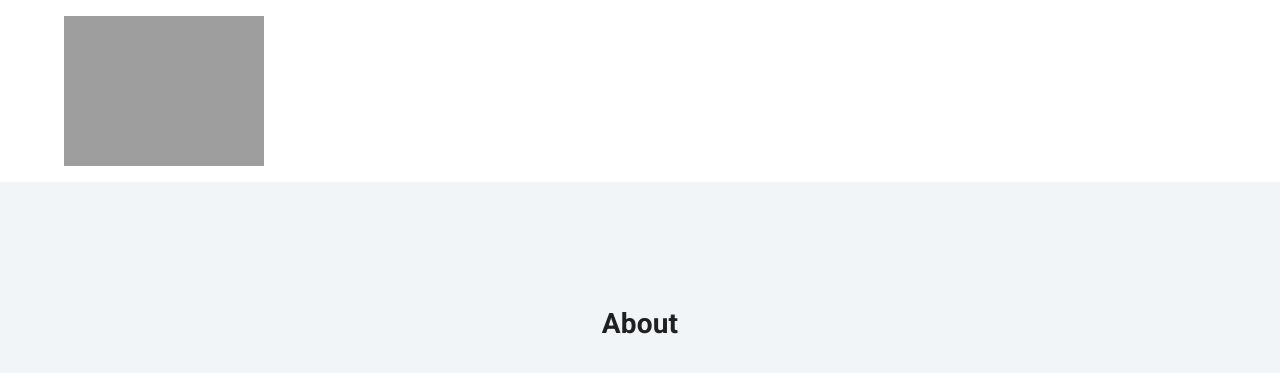
Repository: vinuvish/groundstandards_react
Page: /
The author's editor kept a copy of each file at every save. The page is drawn from the files as they stood at one save, then again after the next save.
The browser window is 1280 px wide. The pictures show the whole page.
Pictures or frames that could not be fetched are drawn as grey boxes. The page's requests for data from a server got no answer. The project was rebuilt for these pictures with package versions that can differ from the ones it lists, and the page was loaded fresh each time. No one was signed in, and anything a server would have sent is missing. Also part of the build but not shown: src/pages/app/NotFoundPage.tsx, src/pages/app/SignUpPage.tsx, src/pages/app/AboutPage.tsx, src/pages/app/OurSolutionPage.tsx, src/pages/app/OurPartnerPage.tsx, src/pages/app/ResourcePage.tsx, src/pages/app/PressPage.tsx, src/pages/app/BlockPage.tsx and 1 more.

Above is the page before, as saved 2020-11-25 22:51:42.

### public/index.html
<!DOCTYPE html>
<html lang="en">
  <head>
    <meta charset="utf-8" />
    <link rel="icon" href="%PUBLIC_URL%/favicon.png" />
    <meta name="viewport" content="width=device-width, initial-scale=1" />
    <meta name="theme-color" content="#000000" />
    <meta name="description" content="Web site created using create-react-app" />
    <link rel="apple-touch-icon" href="%PUBLIC_URL%/logo192.png" />
    <link rel="stylesheet" href="https://fonts.googleapis.com/css?family=Roboto:300,400,500,700&display=swap" />
    <link rel="stylesheet" href="https://fonts.googleapis.com/icon?family=Material+Icons" />
    <!--
      manifest.json provides metadata used when your web app is installed on a
      user's mobile device or desktop. See https://developers.google.com/web/fundamentals/web-app-manifest/
    -->
    <link rel="manifest" href="%PUBLIC_URL%/manifest.json" />
    <!--
      Notice the use of %PUBLIC_URL% in the tags above.
      It will be replaced with the URL of the `public` folder during the build.
      Only files inside the `public` folder can be referenced from the HTML.

      Unlike "/favicon.ico" or "favicon.ico", "%PUBLIC_URL%/favicon.ico" will
      work correctly both with client-side routing and a non-root public URL.
      Learn how to configure a non-root public URL by running `npm run build`.
    -->
    <title>Ground Standard</title>
  </head>
  <body>
    <noscript>You need to enable JavaScript to run this app.</noscript>
    <div id="root"></div>
    <!--
      This HTML file is a template.
      If you open it directly in the browser, you will see an empty page.

      You can add webfonts, meta tags, or analytics to this file.
      The build step will place the bundled scripts into the <body> tag.

      To begin the development, run `npm start` or `yarn start`.
      To create a production bundle, use `npm run build` or `yarn build`.
    -->
  </body>
</html>

### src/App.tsx
import { CssBaseline, MuiThemeProvider, StylesProvider } from '@material-ui/core';
import { SnackbarProvider } from 'notistack';
import React from 'react';
import { theme } from './app_utils/MuiTheme';
import AppRouterRoutes from './AppRoutes';
import { useAppStore } from './models_stores/appStore';

function App() {
  const streamAuthUser = useAppStore((state) => state.streamAuthUser);
  const streamProducts = useAppStore((state) => state.streamDocuments);
  const streamCategories = useAppStore((state) => state.streamNotifications);
  const streamUsers = useAppStore((state) => state.streamUsers);

  React.useEffect(() => {
    streamAuthUser();
    streamCategories();
    streamUsers();
    streamProducts();
  }, []); // eslint-disable-line

  return (
    <SnackbarProvider maxSnack={3} anchorOrigin={{ vertical: 'bottom', horizontal: 'right' }}>
      <MuiThemeProvider theme={theme}>
        <CssBaseline />
        <StylesProvider injectFirst>
          <AppRouterRoutes></AppRouterRoutes>
        </StylesProvider>
      </MuiThemeProvider>
    </SnackbarProvider>
  );
}

export default App;

### src/app_utils/MuiTheme.tsx
import { createMuiTheme } from '@material-ui/core/styles';
import { BreakpointOverrides } from '@material-ui/core/styles/createBreakpoints';
import { Shadows } from '@material-ui/core/styles/shadows';

declare module '@material-ui/core/styles/createBreakpoints' {
  interface BreakpointOverrides {
    xs: true;
    sm: true;
    md: true;
    lg: true;
    xl: true;
    tablet: true;
    laptop: true;
    desktop: true;
  }
}

export const theme = createMuiTheme({
  breakpoints: {
    values: { xs: 0, sm: 600, md: 960, lg: 1280, xl: 1920, tablet: 400, laptop: 900, desktop: 1200 }
  },

  shadows: Array(25).fill('none') as Shadows,

  props: {
    MuiInput: { disableUnderline: true },
    MuiButton: { disableElevation: true },
    MuiButtonBase: { disableRipple: true },
    MuiPaper: { elevation: 0 },
    MuiCard: { elevation: 0 },
    MuiDivider: { color: 'white' },
    MuiOutlinedInput: {}
  },
  overrides: {
    MuiPaper: {
      root: {
        elevation: 0
      }
    },
    MuiCard: {
      root: {
        elevation: 0
      }
    },
    MuiButton: {
      root: {
        textTransform: 'capitalize'
      }
    }
  },
  palette: {
    background: {
      default: '#F2F5F7'
    }
  }
});

export const breakpoint = {
  xs: `(min-width: 0px)`,
  sm: `(min-width: 576px)`,
  md: `(min-width: 768px)`,
  lg: `(min-width: 992px)`,
  xl: `(min-width: 1200px)`
};

### src/AppRoutes.tsx
import { Container, createStyles, Grid, makeStyles, Theme } from '@material-ui/core';
import React from 'react';
import { Route, Router, Switch } from 'react-router-dom';
import ZAppBar from './components/ZAppBar';
import ZAppBarDrawer from './components/ZAppBarDrawer';
import NotFoundPage from './pages/app/NotFoundPage';
import SignUpPage from './pages/app/SignUpPage';
import history from './app_utils/History';
import AboutPage from './pages/app/AboutPage';
import OurSolutionPage from './pages/app/OurSolutionPage';
import OurPartnerPage from './pages/app/OurPartnerPage';
import ResourcePage from './pages/app/ResourcePage';
import PressPage from './pages/app/PressPage';
import BlockPage from './pages/app/BlockPage';
import ContactPage from './pages/app/ContactPage';
import AppHomePage from './pages/app/AppHomePage';

const AppRouterRoutes = () => {
  const classes = useStyles();

  return (
    <Router history={history}>

      <ZAppBar />
      <Switch>{[AppRoutes]}</Switch>
    </Router>


  );
};


const AppRoutes = [
  <Route exact path='/' component={AppHomePage} />,
  <Route exact path='/aboutUs' component={AboutPage} />,
  <Route exact path='/signUp' component={SignUpPage} />,
  <Route exact path='/ourSolution' component={OurSolutionPage} />,
  <Route exact path='/ourPartner' component={OurPartnerPage} />,
  <Route exact path='/resource' component={ResourcePage} />,
  <Route exact path='/press' component={PressPage} />,
  <Route exact path='/blog' component={BlockPage} />,
  <Route exact path='/contact' component={ContactPage} />,
  <Route component={NotFoundPage} />
];

const useStyles = makeStyles((theme: Theme) =>
  createStyles({
    grid: {
      display: 'flex'
    },
    containerAuthenticated: {
      margin: 'auto',
      marginTop: 68,
      padding: 20,
      width: `calc(100% - 240px)`,
      [theme.breakpoints.down('md')]: {
        width: '100%'
      }
    },
    containerUnauthenticated: {}
  })
);

export default AppRouterRoutes;

### src/models_stores/appStore.ts
import { mountStoreDevtool } from 'simple-zustand-devtools';
import create from 'zustand';
import { fireAuth, fireFirestore } from '../firebase/firebase';
import { AuthUser } from '../models/AuthUserModel';
import { DocumentModel } from '../models/DocumentModel';
import { NotificationModel } from '../models/NotificationModel';

type State = {
  documents: DocumentModel[];
  streamDocuments: () => void;

  notifications: NotificationModel[];
  streamNotifications: () => void;

  users: AuthUser[];
  streamUsers: () => void;

  isInitializing?: boolean;
  authUser: AuthUser | null;
  streamAuthUser: () => void;
};

export const useAppStore = create<State>((set, get) => ({
  /* ------------------------------ NOTE AUTHUSER ----------------------------- */
  isInitializing: true,
  authUser: null,

  streamAuthUser: () => {
    fireAuth.onAuthStateChanged(async (user) => {
      if (user) {
        const query = await fireFirestore.collection('users').doc(user.uid).get();

        const authUser = AuthUser.fromFirestore(query);

        set((state) => {
          return { ...state, authUser: authUser, isInitializing: false };
        });
      } else {
        set((state) => {
          return { ...state, authUser: null, isInitializing: false };
        });
      }
    });
  },

  /* ------------------------------ NOTE Users ----------------------------- */
  users: [],

  streamUsers: () => {
    if (get().users.length === 0)
      fireFirestore.collection('users').onSnapshot((querySnapshot: firebase.firestore.QuerySnapshot<firebase.firestore.DocumentData>) => {
        let users: AuthUser[] = [];
        querySnapshot.docs.forEach((docSnapshot) => {
          const res = AuthUser.fromFirestore(docSnapshot);
          if (res) users.push(res);
        });

        set((state) => {
          return { ...state, users: users };
        });
      });
  },
  /* ------------------------------ NOTE PRODUCTS ----------------------------- */
  documents: [],

  streamDocuments: () => {
    if (get().documents.length === 0)
      fireFirestore
        .collection('documents')
        .limit(200)
        .onSnapshot((querySnapshot: firebase.firestore.QuerySnapshot<firebase.firestore.DocumentData>) => {
          let documents: DocumentModel[] = [];

          querySnapshot.docs.forEach((docSnapshot) => {
            const res = DocumentModel.fromFirestore(docSnapshot);
            if (res) documents.push(res);
          });

          set((state) => {
            return { ...state, documents: documents };
          });
        });
  },

  notifications: [],
  streamNotifications: () => {
    if (get().notifications.length === 0)
      fireFirestore.collection('notifications').onSnapshot((querySnapshot: firebase.firestore.QuerySnapshot<firebase.firestore.DocumentData>) => {
        let notifications: NotificationModel[] = [];

        querySnapshot.docs.forEach((docSnapshot) => {
          const res = NotificationModel.fromFirestore(docSnapshot);
          if (res) notifications.push(res);
        });

        set((state) => {
          return { ...state, notifications: notifications };
        });
      });
  }
}));

if (process.env.NODE_ENV === 'development') {
  mountStoreDevtool('Store', useAppStore);
}

### src/components/ZAppBar.tsx
import AppBar from '@material-ui/core/AppBar';
import Badge from '@material-ui/core/Badge';
import IconButton from '@material-ui/core/IconButton';
import Menu from '@material-ui/core/Menu';
import MenuItem from '@material-ui/core/MenuItem';
import { createStyles, makeStyles, Theme } from '@material-ui/core/styles';
import Toolbar from '@material-ui/core/Toolbar';
import Typography from '@material-ui/core/Typography';
import AccountCircle from '@material-ui/icons/AccountCircle';
import MailIcon from '@material-ui/icons/Mail';
import MenuIcon from '@material-ui/icons/Menu';
import MoreIcon from '@material-ui/icons/MoreVert';
import NotificationsIcon from '@material-ui/icons/Notifications';
import React from 'react';
import { fireFirebase } from '../firebase/firebase';
import ZAppBarDrawerTemp from './ZAppBarDrawerTemp';
import history from '../app_utils/History';

export default function ZAppBar() {
  const classes = useStyles();
  const [drawerTemporary, setDrawerTemporary] = React.useState(false);
  const [anchorEl, setAnchorEl] = React.useState<null | HTMLElement>(null);
  const [mobileMoreAnchorEl, setMobileMoreAnchorEl] = React.useState<null | HTMLElement>(null);

  const isMenuOpen = Boolean(anchorEl);
  const isMobileMenuOpen = Boolean(mobileMoreAnchorEl);

  const handleTemporaryDrawer = () => {
    setDrawerTemporary((prev) => !prev);
  };

  const handleProfileMenuOpen = (event: React.MouseEvent<HTMLElement>) => {
    setAnchorEl(event.currentTarget);
  };

  const handleMobileMenuClose = () => {
    setMobileMoreAnchorEl(null);
  };

  const handleMenuClose = () => {
    setAnchorEl(null);
    handleMobileMenuClose();
  };

  const handleMobileMenuOpen = (event: React.MouseEvent<HTMLElement>) => {
    setMobileMoreAnchorEl(event.currentTarget);
  };

  const signOut = async () => {
    await fireFirebase.auth().signOut();
    history.push('/signIn');
  };

  const menuId = 'primary-search-account-menu';
  const renderMenu = (
    <Menu
      anchorEl={anchorEl}
      anchorOrigin={{ vertical: 'top', horizontal: 'right' }}
      id={menuId}
      keepMounted
      transformOrigin={{ vertical: 'top', horizontal: 'right' }}
      open={isMenuOpen}
      onClose={handleMenuClose}
    >
      <MenuItem
        onClick={() => {
          handleMenuClose();
          signOut();
        }}
      >
        Sign Out
      </MenuItem>
    </Menu>
  );

  const mobileMenuId = 'primary-search-account-menu-mobile';
  const renderMobileMenu = (
    <Menu
      anchorEl={mobileMoreAnchorEl}
      anchorOrigin={{ vertical: 'top', horizontal: 'right' }}
      id={mobileMenuId}
      keepMounted
      transformOrigin={{ vertical: 'top', horizontal: 'right' }}
      open={isMobileMenuOpen}
      onClose={handleMobileMenuClose}
    >
      <MenuItem>
        <IconButton aria-label='show 4 new mails' color='inherit'>
          <Badge badgeContent={4} color='secondary'>
            <MailIcon />
          </Badge>
        </IconButton>
        <p>Messages</p>
      </MenuItem>
      <MenuItem>
        <IconButton aria-label='show 11 new notifications' color='inherit'>
          <Badge badgeContent={11} color='secondary'>
            <NotificationsIcon />
          </Badge>
        </IconButton>
        <p>Notifications</p>
      </MenuItem>
      <MenuItem onClick={handleProfileMenuOpen}>
        <IconButton aria-label='account of current user' aria-controls='primary-search-account-menu' aria-haspopup='true' color='inherit'>
          <AccountCircle />
        </IconButton>
        <p>Profile</p>
      </MenuItem>
    </Menu>
  );

  return (
    <div className={classes.grow}>
      <AppBar className={classes.appBar} position='fixed' elevation={2} color="inherit">
        <Toolbar className={classes.toolBar} >
          <img src="http://groundstandards.com/wp-content/uploads/GS-logo-300.png" alt="logo" className={classes.logo} />


        </Toolbar>


      </AppBar>

    </div>
  );
}

const useStyles = makeStyles((theme: Theme) =>
  createStyles({
    appBar: {
      zIndex: theme.zIndex.drawer + 1
    },
    grow: {
      flexGrow: 1
    },
    menuButton: {
      display: 'none',
      marginRight: theme.spacing(2),
      [theme.breakpoints.down('md')]: {
        display: 'flex'
      }
    },
    title: {
      display: 'block'
    },

    content: {
      flexGrow: 1,
      padding: theme.spacing(3)
    },
    sectionDesktop: {
      display: 'flex',
      [theme.breakpoints.down('md')]: {
        display: 'none'
      }
    },
    sectionMobile: {
      display: 'none',
      [theme.breakpoints.down('md')]: {
        display: 'flex'
      }
    },
    logo: {
      maxWidth: 200,
    },
    toolBar: {
      minHeight: 100,
      alignItems: 'flex',
      paddingTop: theme.spacing(2),
      paddingBottom: theme.spacing(2),
      marginLeft: theme.spacing(5),
    }
  })
);

### src/app_utils/History.tsx
import { createBrowserHistory } from 'history';
export default createBrowserHistory({});

### src/pages/app/AppHomePage.tsx

import * as React from 'react';
import { makeStyles, Theme } from '@material-ui/core/styles';

interface Props { }

const AppHomePage: React.FC<Props> = () => {
    const classes = useStyles();
    return <div
        style={{
            display: 'flex',
            justifyContent: 'center',
            alignItems: 'center',
            height: '90vh'
        }}
    >
        <h1>About</h1>
    </div>
};

const useStyles = makeStyles((theme: Theme) => ({
    root: {}
}));

AppHomePage.defaultProps = {};

export default AppHomePage;

### src/firebase/firebase.tsx
import firebase from 'firebase/app';
import 'firebase/firestore';
import 'firebase/auth';
import 'firebase/storage';

const firebaseConfig = {
  apiKey: 'AIzaSyBWf1JYtcld5rEhou2YyANxAtl20AylP80',
  authDomain: 'groundstandards-8a1dd.firebaseapp.com',
  databaseURL: 'https://groundstandards-8a1dd.firebaseio.com',
  projectId: 'groundstandards-8a1dd',
  storageBucket: 'groundstandards-8a1dd.appspot.com',
  messagingSenderId: '137110708999',
  appId: '1:137110708999:web:ab0b42be7878425a805ba2',
  measurementId: 'G-V8H0LZB9DH'
};

if (!firebase.apps.length) firebase.initializeApp(firebaseConfig);

const firestore = firebase.firestore();
const auth = firebase.auth();

export { firebase as fireFirebase, firestore as fireFirestore, auth as fireAuth };

### src/models/AuthUserModel.ts
export class AuthUser implements IAuthUser {
  email: string;
  firstName: string;
  id: string;
  lastName: string;
  isActive: boolean;
  isAdmin: boolean;
  timestampAdded: Date;
  timestampLastLogin: Date;

  constructor(x: IAuthUser) {
    this.email = x.email;
    this.firstName = x.firstName;
    this.id = x.id;
    this.lastName = x.lastName;
    this.isActive = x.isActive;
    this.isAdmin = x.isAdmin;
    this.timestampAdded = x.timestampAdded;
    this.timestampLastLogin = x.timestampLastLogin;
  }

  static fromFirestore(doc: firebase.firestore.DocumentSnapshot<firebase.firestore.DocumentData>): AuthUser | null {
    const data = doc.data();
    if (!data) return null;

    return new AuthUser({
      email: data['email'] ?? '',
      firstName: data['firstName'] ?? '',
      id: doc.id,
      lastName: data['lastName'] ?? '',
      isActive: data['isActive'] ?? true,
      isAdmin: data['isAdmin'] ?? false,
      timestampAdded: data['timestampAdded']?.toDate() ?? new Date(),
      timestampLastLogin: data['timestampLastLogin']?.toDate() ?? new Date()
    });
  }

  getFullName(): string {
    return `${this.firstName} ${this.lastName}`;
  }
}

interface IAuthUser {
  email: string;
  firstName: string;
  id: string;
  lastName: string;
  isActive: boolean;
  isAdmin: boolean;
  timestampAdded: Date;
  timestampLastLogin: Date;
}
export interface IAuthUserRegister {
  email: string;
  firstName: string;
  lastName: string;
  password: string;
  isAdmin: boolean;
}

export interface IAuthUserUpdate {
  id: string;
  firstName: string;
  lastName: string;
  isActive: boolean;
  isAdmin: boolean;
}

### src/models/DocumentModel.ts
export class DocumentModel implements IEventModel {
  driversLicenseFront: DocumentItem | null;
  driversLicenseBack: DocumentItem | null;
  driversInsuranceCardFront: DocumentItem | null;
  driversInsuranceCardBack: DocumentItem | null;
  driversVehicleRegistrationFront: DocumentItem | null;
  driversVehicleRegistrationBack: DocumentItem | null;
  driversTaxiLimousineIdFront: DocumentItem | null;
  driversTaxiLimousineIdBack: DocumentItem | null;
  driversPicture: DocumentItem | null;
  id: string;
  uid: string;
  email: string;
  firstName: string;
  lastName: string;
  timestampCreated: Date;
  state: string;
  note: string;

  constructor(x: IEventModel) {
    {
      this.driversInsuranceCardBack = x.driversInsuranceCardBack;
      this.driversInsuranceCardFront = x.driversInsuranceCardFront;
      this.driversLicenseBack = x.driversLicenseBack;
      this.driversLicenseFront = x.driversLicenseFront;
      this.driversPicture = x.driversPicture;
      this.driversTaxiLimousineIdBack = x.driversTaxiLimousineIdBack;
      this.driversTaxiLimousineIdFront = x.driversTaxiLimousineIdFront;
      this.driversVehicleRegistrationBack = x.driversVehicleRegistrationBack;
      this.driversVehicleRegistrationFront = x.driversVehicleRegistrationFront;
      this.email = x.email;
      this.firstName = x.firstName;
      this.id = x.id;
      this.lastName = x.lastName;
      this.note = x.note;
      this.state = x.state;
      this.timestampCreated = x.timestampCreated;
      this.uid = x.uid;
    }
  }

  getFullName(): string {
    return `${this.firstName} ${this.lastName}`;
  }

  getTotalDocuments(): string {
    let totaldocuments = 0;
    if (this.driversInsuranceCardBack?.imageUrl) totaldocuments += 1;
    if (this.driversInsuranceCardFront?.imageUrl) totaldocuments += 1;
    if (this.driversLicenseBack?.imageUrl) totaldocuments += 1;
    if (this.driversLicenseFront?.imageUrl) totaldocuments += 1;
    if (this.driversTaxiLimousineIdBack?.imageUrl) totaldocuments += 1;
    if (this.driversTaxiLimousineIdFront?.imageUrl) totaldocuments += 1;
    if (this.driversVehicleRegistrationBack?.imageUrl) totaldocuments += 1;
    if (this.driversVehicleRegistrationFront?.imageUrl) totaldocuments += 1;
    if (this.driversPicture?.imageUrl) totaldocuments += 1;
    return `${totaldocuments}/9 documents`;
  }

  static fromFirestore(doc: firebase.firestore.DocumentSnapshot<firebase.firestore.DocumentData>): DocumentModel | null {
    const data = doc.data();
    if (!data) return null;
    return new DocumentModel({
      id: doc.id,
      driversInsuranceCardBack: DocumentItem.fromMap(data['driversInsuranceCardBack']),
      driversInsuranceCardFront: DocumentItem.fromMap(data['driversInsuranceCardFront']),
      driversLicenseBack: DocumentItem.fromMap(data['driversLicenseBack']),
      driversLicenseFront: DocumentItem.fromMap(data['driversLicenseFront']),
      driversPicture: DocumentItem.fromMap(data['driversPicture']),
      driversTaxiLimousineIdBack: DocumentItem.fromMap(data['driversTaxiLimousineIdBack']),
      driversTaxiLimousineIdFront: DocumentItem.fromMap(data['driversTaxiLimousineIdFront']),
      driversVehicleRegistrationBack: DocumentItem.fromMap(data['driversVehicleRegistrationBack']),
      driversVehicleRegistrationFront: DocumentItem.fromMap(data['driversVehicleRegistrationFront']),
      email: data['email'],
      firstName: data['firstName'],
      lastName: data['lastName'],
      note: data['note'],
      state: data['state'],
      timestampCreated: data['timestampCreated'].toDate() ?? new Date(),
      uid: data['uid']
    });
  }
}

interface IEventModel {
  driversLicenseFront: DocumentItem | null;
  driversLicenseBack: DocumentItem | null;
  driversInsuranceCardFront: DocumentItem | null;
  driversInsuranceCardBack: DocumentItem | null;
  driversVehicleRegistrationFront: DocumentItem | null;
  driversVehicleRegistrationBack: DocumentItem | null;
  driversTaxiLimousineIdFront: DocumentItem | null;
  driversTaxiLimousineIdBack: DocumentItem | null;
  driversPicture: DocumentItem | null;
  id: string;
  uid: string;
  email: string;
  firstName: string;
  lastName: string;
  timestampCreated: Date;
  state: string;
  note: string;
}

class DocumentItem implements IDocumentItem {
  isVerified: boolean;
  isRejected: boolean;
  imageUrl: string;
  timestampCreated: Date;

  constructor(x: IDocumentItem) {
    this.isRejected = x.isRejected;
    this.isVerified = x.isVerified;
    this.imageUrl = x.imageUrl;
    this.timestampCreated = x.timestampCreated;
  }

  toMap() {
    return {
      isVerified: this.isVerified,
      isRejected: this.isRejected,
      imageUrl: this.imageUrl,
      timestampCreated: this.timestampCreated
    };
  }

  static fromMap(map: any) {
    if (map == null) return null;

    return new DocumentItem({
      isVerified: map['isVerified'],
      isRejected: map['isRejected'],
      imageUrl: map['imageUrl'],
      timestampCreated: map['timestampCreated']?.toDate() ?? new Date()
    });
  }
}

interface IDocumentItem {
  isVerified: boolean;
  isRejected: boolean;
  imageUrl: string;
  timestampCreated: Date;
}

### src/models/NotificationModel.ts
export class NotificationModel implements IEventModel {
  body: string;
  title: string;
  linkUrl: string;
  id: string;
  timestampAdded: Date;

  constructor(x: IEventModel) {
    {
      this.id = x.id;
      this.linkUrl = x.linkUrl;
      this.body = x.body;
      this.timestampAdded = x.timestampAdded;
      this.title = x.title;
    }
  }

  static fromFirestore(doc: firebase.firestore.DocumentSnapshot<firebase.firestore.DocumentData>): NotificationModel | null {
    const data = doc.data();
    if (!data) return null;
    return new NotificationModel({
      body: data['body'] ?? '',
      id: doc.id,
      linkUrl: data['linkUrl'] ?? '',
      timestampAdded: data['timestampAdded']?.toDate() ?? Date.now(),
      title: data['title'] ?? ''
    });
  }
}

interface IEventModel {
  body: string;
  title: string;
  linkUrl: string;
  id: string;
  timestampAdded: Date;
}

Loaded but not shown: src/index.tsx (common file); src/styles/index.css (common file)

After the next save:
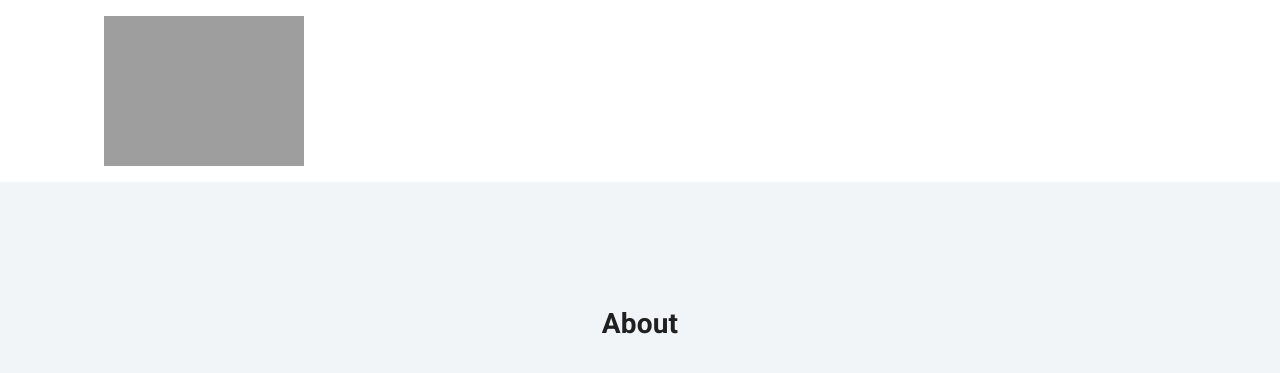
Saved 15 s later.
--- a/src/components/ZAppBar.tsx
+++ b/src/components/ZAppBar.tsx
@@ -168,7 +168,7 @@ const useStyles = makeStyles((theme: Theme) =>
       alignItems: 'flex',
       paddingTop: theme.spacing(2),
       paddingBottom: theme.spacing(2),
-      marginLeft: theme.spacing(5),
+      marginLeft: theme.spacing(10),
     }
   })
 );
